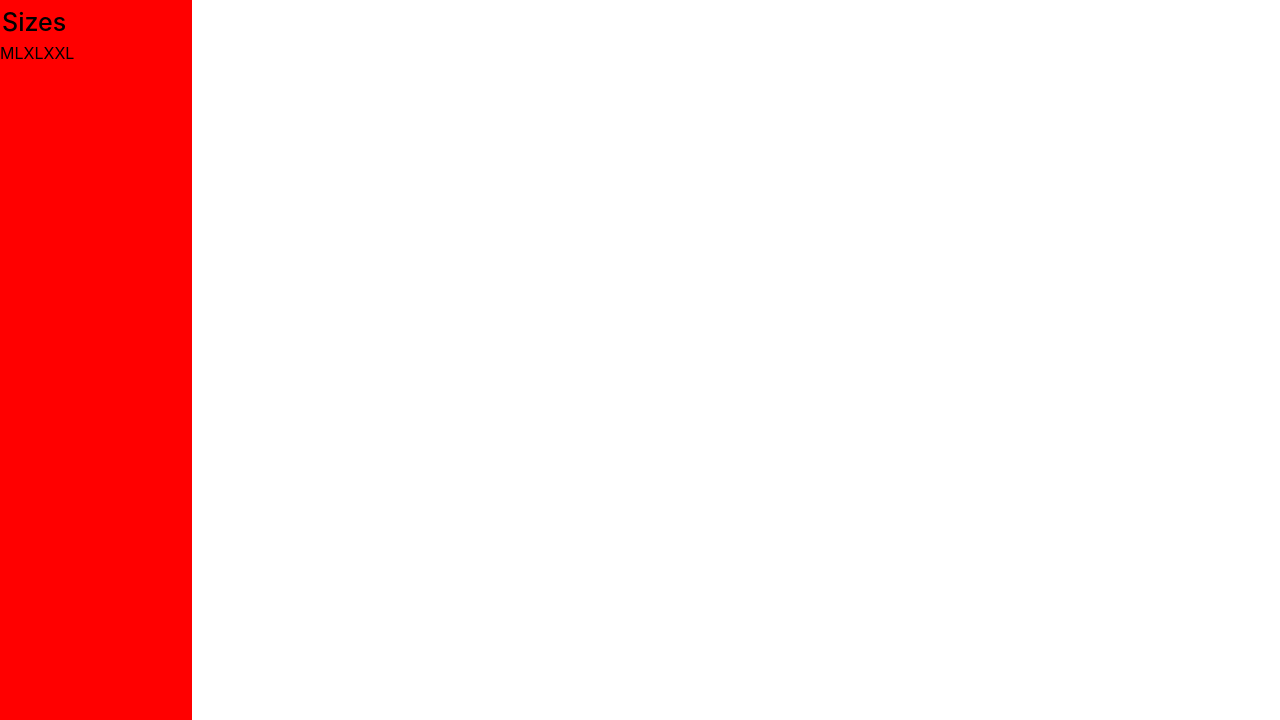
Repository: 0584386177/GiuaKyReactJs
Page: /
An editor plug-in stored every save of this project. The page is shown before and after the next save, followed by the edit.
The browser window is 1280 px wide. The pictures show the whole page.
The page's requests for data from a server got no answer. The project was rebuilt for these pictures with package versions that can differ from the ones it lists, and the page was loaded fresh each time. No one was signed in, and anything a server would have sent is missing.

Above is the page before, as saved 2023-10-16 14:45:51.

After the next save:
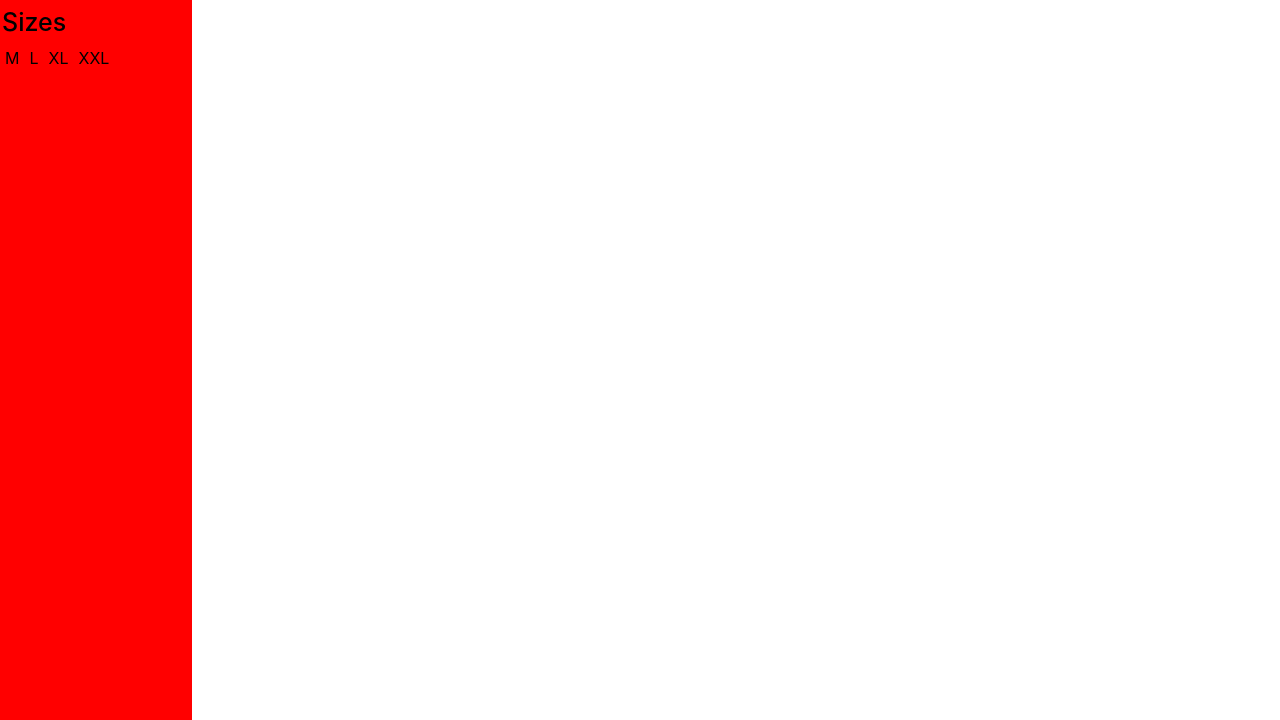
Saved 8 s later.
--- a/src/components/Sizes.jsx
+++ b/src/components/Sizes.jsx
@@ -18,10 +18,10 @@ const Sizes = () => {
     return (
         <SizesWrapper>
             <SizesTitle>Sizes</SizesTitle>
-            <button>M</button>
-            <button>L</button>
-            <button>XL</button>
-            <button>XXL</button>
+            <SizesButton>M</SizesButton>
+            <SizesButton>L</SizesButton>
+            <SizesButton>XL</SizesButton>
+            <SizesButton>XXL</SizesButton>
         </SizesWrapper>
     );
 };
